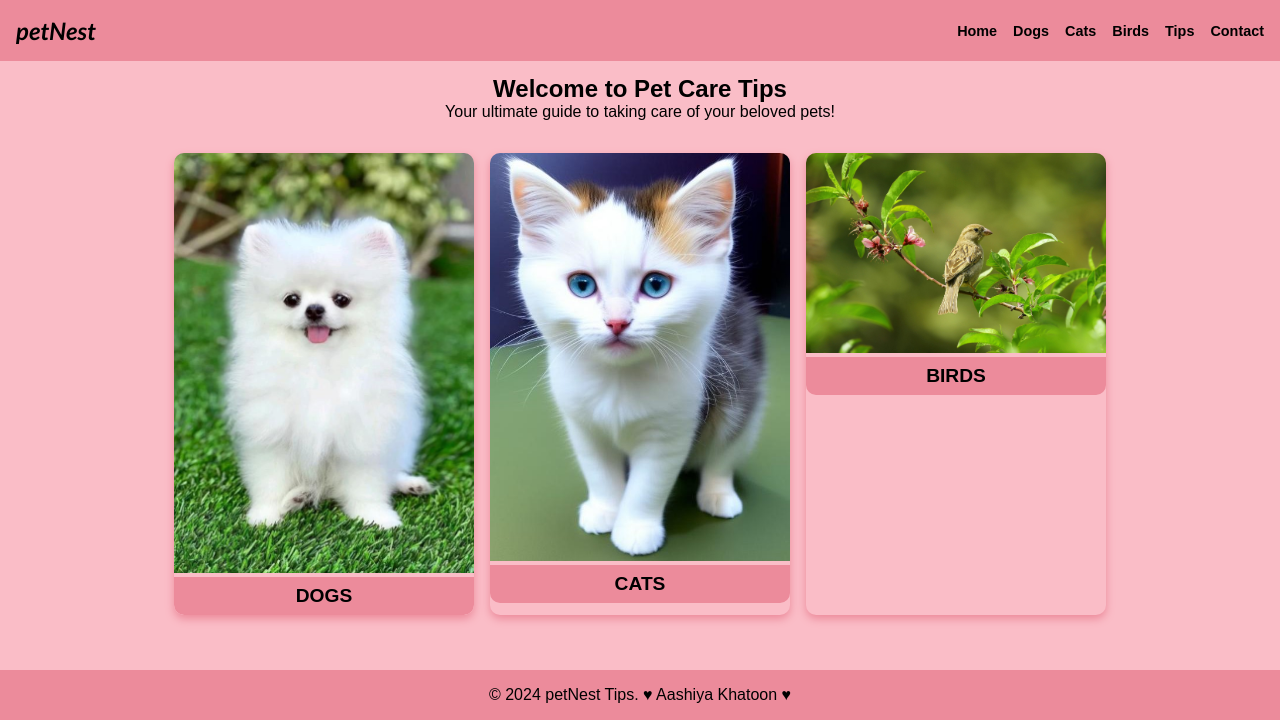
Repository: SHAHZADcodr/pet_care
Page: index.html
The author's editor kept a copy of each file at every save. The page is drawn from the files as they stood at one save, then again after the next save.
The browser window is 1280 px wide. The pictures show the whole page.

Above is the page before, as saved 2024-11-04 22:11:19.

### index.html
<!DOCTYPE html>
<html lang="en">
<head>
    <meta charset="UTF-8">
    <meta name="viewport" content="width=device-width, initial-scale=1.0">
    <!-- <meta http-equiv="refresh" content="3"> -->
    <title>www.petNest.com/</title>
    <link rel="stylesheet" href="style.css">
</head>
<body>
    <header>
        <nav>
            <h1 id="webName"><i><strong>petNest</strong></i></h1>
            <ul id="nav-links">
                <li><a href="index.html">Home</a></li>
                <li><a href="pages/dogs.html">Dogs</a></li>
                <li><a href="pages/cats.html">Cats</a></li>
                <li><a href="pages/birds.html">Birds</a></li>
                <li><a href="pages/tips.html">Tips</a></li>
                <li><a href="contact.html" id="you">Contact</a></li>
            </ul>
        </nav>
    </header>

    <main>
        <section class="intro">
            <div class="welcome-text">
                <h2>Welcome to Pet Care Tips</h2>
                <p>Your ultimate guide to taking care of your beloved pets!</p>
            </div>
        </section>

        <section class="categories-slider">
            <div class="slider-container">
                <div class="category-card">
                    <img src="images/my_dog.jpg" alt="Dog">
                    <a href="pages/dogs.html">Dogs</a>
                </div>
                <div class="category-card">
                    <img src="images/catimage.jpg" alt="Cat">
                    <a href="pages/cats.html">Cats</a>
                </div>
                <div class="category-card">
                    <img src="images/main_bird.jpeg" alt="Bird">
                    <a href="pages/birds.html">Birds</a>
                </div>
            </div>
        </section>
    </main>

    <footer>
        <p>&copy; 2024 petNest Tips.  &hearts; Aashiya Khatoon &hearts;</p>
    </footer>

    <script src="code.js"></script>
</body>
</html>

### style.css
/* General Reset */
* {
    margin: 0;
    padding: 0;
    box-sizing: border-box;
}
/*Used variable for color naming*/
:root{
    --bg-background-color:rgb(236, 139, 155);
    --bg--body-color:rgb(250, 189, 199);
    --bg-color:black;

}
/* Basic Layout */
body {
    font-family: Arial, sans-serif;
    display: flex;
    flex-direction: column;
    min-height: 100vh;
    background-color:var(--bg--body-color);
}

header {
    background-color:var(--bg-background-color);
    padding: 1rem;
    color: black;;
}

nav {
    display: flex;
    justify-content: space-between;
    align-items: center;
}

#nav-links {
    list-style-type: none;
    display: flex;
    gap: 1rem;
}

#nav-links a {
    color:black;
    text-decoration: none;
    font-size:0.9rem;
    font-weight: 600;
    transition:color 0.2s;
}
#nav-links a:hover{
    color:white!important;
}

 #nav-links  #you{
    cursor:url(/images/cursor.svg)3 3,auto !important;
}
/*Website name*/
#webName{
    font-family: 'Gill Sans', 'Gill Sans MT', Calibri, 'Trebuchet MS', sans-serif;
}


/* Welcome Section */
.intro {
    text-align: center;
    margin-top:2vh;
}

.welcome-text {
    margin-top:2vh;

}


/* Categories Slider */
.categories-slider {
    padding: 2rem 0;
}

.slider-container {
    display: flex;
    justify-content: center;
    gap: 1rem;
    flex-wrap: wrap; /* Allow items to wrap on smaller screens */
}

/* Individual Cards */
.category-card {
    background-color:var(--bg--body-color);
    border-radius: 10px;
    overflow: hidden;
    box-shadow: 0 4px 8px var(--bg-background-color);
    text-align: center;
    width: 300px; /* Fixed width for cards */
    transition: transform 0.3s;
}

.category-card:hover {
    transform: scale(1.05); /* Slightly enlarge on hover */
}

/* Style for the images */
.category-card img {
    width: 100%;
    height: 200px; /* Set a fixed height for all images */
    height: auto; /* Maintain aspect ratio */
}

/* Link styling for category cards */
.category-card a {
    text-decoration: none;
    color:black;
    text-transform: uppercase;
    font-size: 1.2rem;
    font-weight: bold;
    background-color:var(--bg-background-color); /* Match header color */
    padding: 0.5rem;
    border-radius: 0 0 10px 10px; /* Rounded bottom corners */
    display: block;
}
.category-card a:hover{
    color:white!important;

}
/* Footer */
footer {
    background-color:var(--bg-background-color);
    color:black;
    text-align: center;
    padding: 1rem;
    margin-top: auto;
}

/* Responsive Design */
@media (max-width: 768px) {
    .slider-container {
        justify-content: center;
    }

    .category-card {
        width: 80%; /* Make cards wider on smaller screens */
    }
}

@media (max-width: 480px) {
    .category-card {
        width: 100%; /* Full width on very small screens */
    }
}

Loaded but not shown: code.js (empty)

After the next save:
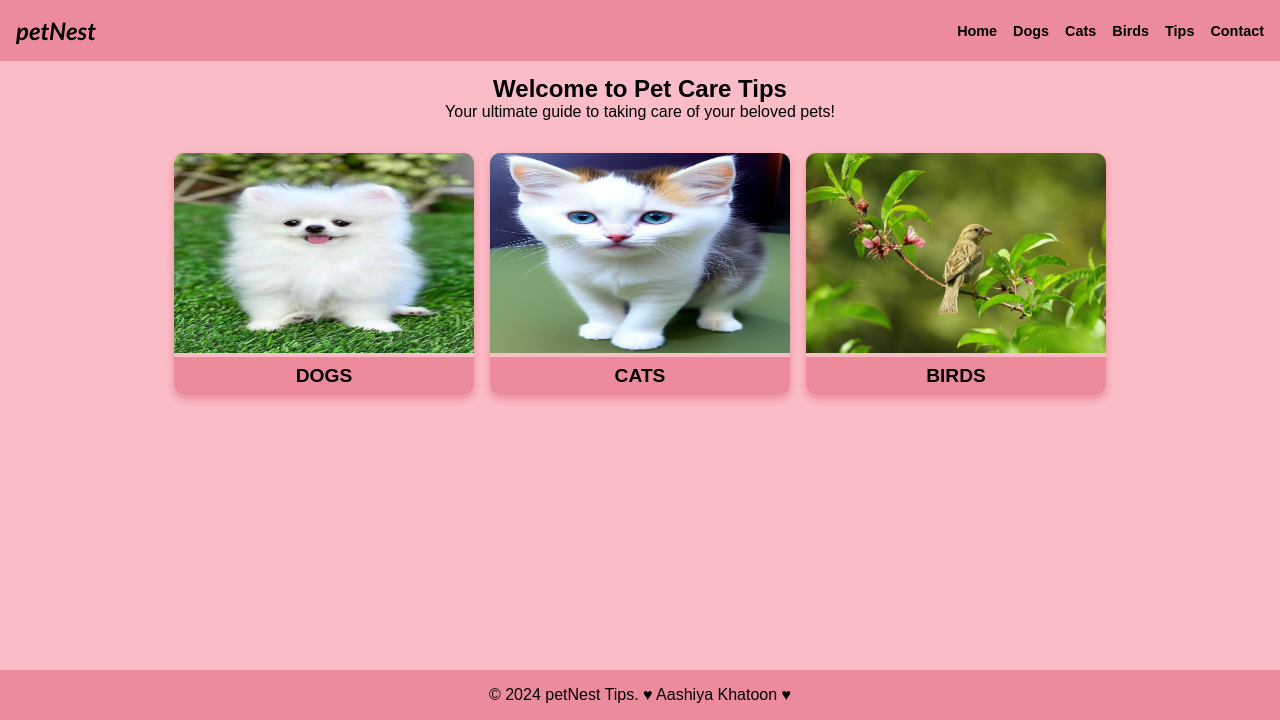
Saved 27 s later.
--- a/style.css
+++ b/style.css
@@ -100,7 +100,7 @@ nav {
 /* Style for the images */
 .category-card img {
     width: 100%;
-    height: 200px; /* Set a fixed height for all images */
+    height: 200px!important; /* Set a fixed height for all images */
     height: auto; /* Maintain aspect ratio */
 }
 
